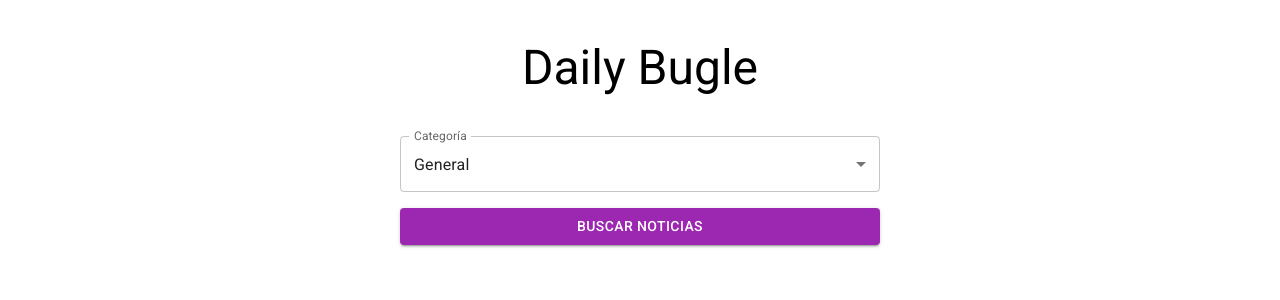
Repository: CarlosCamposRodriguez99/noticiasApp
Page: /
These files come from the project's save history. The page is drawn as it stood at one moment and after a run of saves; the edit follows.
The browser window is 1280 px wide. The pictures show the whole page.
The page's requests for data from a server got no answer. Some web fonts or font styles are not loaded; a fallback is used. The project was rebuilt for these pictures with package versions that can differ from the ones it lists, and the page was loaded fresh each time. No one was signed in, and anything a server would have sent is missing. Also part of the build but not shown: vite.config.js.

Above is the page before, as saved 2022-06-07 20:29:45.

### index.html
<!DOCTYPE html>
<html lang="en">
  <head>
    <meta charset="UTF-8" />
    <link rel="icon" type="image/svg+xml" href="/src/favicon.svg" />
    <meta name="viewport" content="width=device-width, initial-scale=1.0" />
    <title>Buscador de Noticias</title>
    <link rel="preconnect" href="https://fonts.googleapis.com">
    <link rel="preconnect" href="https://fonts.gstatic.com" crossorigin>
    <link href="https://fonts.googleapis.com/css2?family=Joan&family=Roboto:wght@300;400;500;700&display=swap" rel="stylesheet">
  </head>
  <body>
    <div id="root"></div>
    <script type="module" src="/src/main.jsx"></script>
  </body>
</html>

### src/App.jsx
import { Container, Grid, Typography } from '@mui/material';
import Formulario from './components/Formulario';
import ListadoNoticias from './components/ListadoNoticias';
import { NoticiasProvider } from './context/NoticiasProvider';

function App() {

  return (
    <NoticiasProvider>
      <Container>
          <header>
            <Typography
              align="center"
              marginY={5}
              component='h1'
              variant='h3'
            >
              Daily Bugle
            </Typography>
          </header>

        <Grid
          container
          direction='row'
          justifyContent='center'
          alignItems='center'
        >
          <Grid item md={6} xs={12} lg={5}>
            <Formulario />

          </Grid>
        </Grid>

      </Container>
    </NoticiasProvider>
  )
}

export default App

### src/components/Formulario.jsx
import { FormControl, InputLabel, Select, MenuItem, Button, Box} from '@mui/material';
import useNoticias from '../context/useNoticias';

const CATEGORIAS = [
  { value: 'general', label: 'General'},
  { value: 'business', label: 'Negocios'},
  { value: 'entertainment', label: 'Entretenimiento'},
  { value: 'health', label: 'Salud'},
  { value: 'science', label: 'Ciencia'},
  { value: 'sports', label: 'Deportes'},
  { value: 'technology', label: 'Tecnología'},
]

const Formulario = () => {

  const {categoria, handleChangeCategoria} = useNoticias();

  return (
    <form>
      <FormControl fullWidth>
        <InputLabel>Categoría</InputLabel>
        <Select
          label="categoria"
          onChange={handleChangeCategoria}
          value={categoria}
        >
          {CATEGORIAS.map(categoria => (
            <MenuItem
              key={categoria.value}
              value={categoria.value}
            >
              {categoria.label}
            </MenuItem>
          ))}

        </Select>

        <Box
          sx={{marginTop: 2}}
        >
          <Button
            fullWidth
            variant='contained'
            color='secondary'
          >
            Buscar Noticias
          </Button>
        </Box>

      </FormControl>
    </form>
  )
}

export default Formulario

### src/context/NoticiasProvider.jsx
import { useState, useEffect, createContext }from 'react';
import axios from 'axios';


const NoticiasContext = createContext()

const NoticiasProvider = ({children}) => {

  const [categoria, setCategoria] = useState('general');
  const [noticias, setNoticias] = useState([]);

  const handleChangeCategoria = e => {
    setCategoria(e.target.value)
  }

  useEffect(() => {
    const consultarAPI = async () => {
      const url = `https://newsapi.org/v2/top-headlines?country=mx&category=${categoria}&apiKey=${import.meta.env.VITE_API_KEY}`;

      const { data } = await axios(url);

      setNoticias(data.articles);

    }
    consultarAPI();

  }, [categoria])


  return (
    <NoticiasContext.Provider
      value={{
        categoria,
        handleChangeCategoria

      }}
    >
        {children}

    </NoticiasContext.Provider>
  )
}

export {
  NoticiasProvider
}

export default NoticiasContext;

### src/context/useNoticias.jsx
import { useContext }from 'react';
import NoticiasContext from '../context/NoticiasProvider';

const useNoticias = () => {
  return useContext(NoticiasContext)
}

export default useNoticias;

### src/components/ListadoNoticias.jsx
import React from 'react'

const ListadoNoticias = () => {
  return (
    <div>
      ListadoNoticias
    </div>
  )
}

export default ListadoNoticias;

Loaded but not shown: src/main.jsx (common file)

After the next 3 saves:
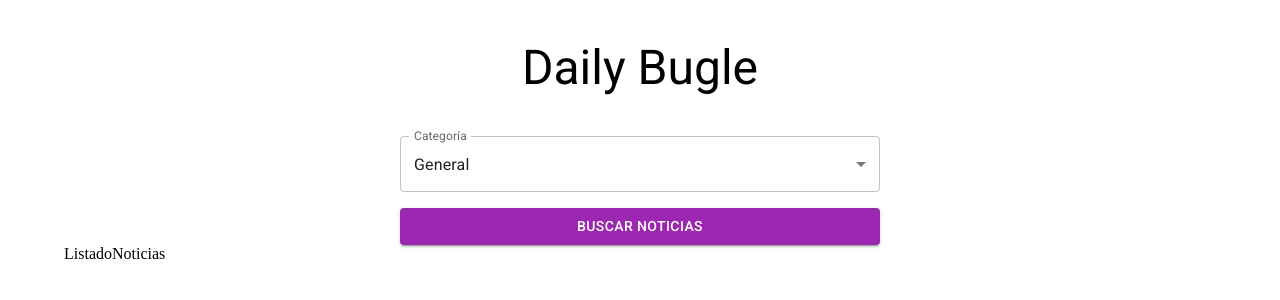
The 3 saves are shown as one change because they came seconds apart.
The last was saved 25 s later.
--- a/src/App.jsx
+++ b/src/App.jsx
@@ -31,6 +31,8 @@
           </Grid>
         </Grid>
 
+        <ListadoNoticias/>
+
       </Container>
     </NoticiasProvider>
   )
